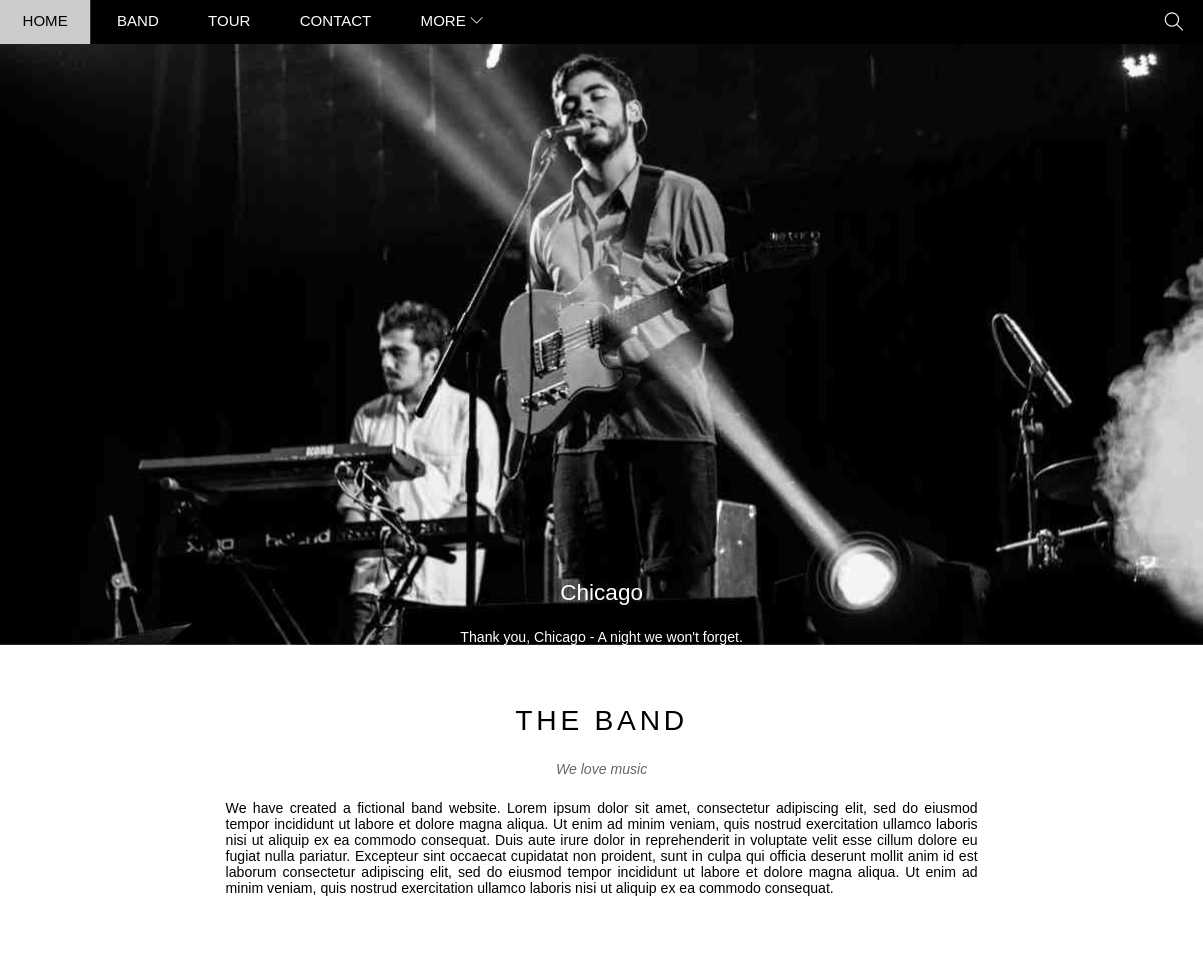
Repository: Thanhtrunghoang123/the-band
Page: index.html
An editor plug-in stored every save of this project. The page is shown before and after the next save, followed by the edit.
The browser window is 1280 px wide. The pictures show the whole page, at 94% of full size.

Above is the page before, as saved 2022-07-20 23:10:13.

After the next save:
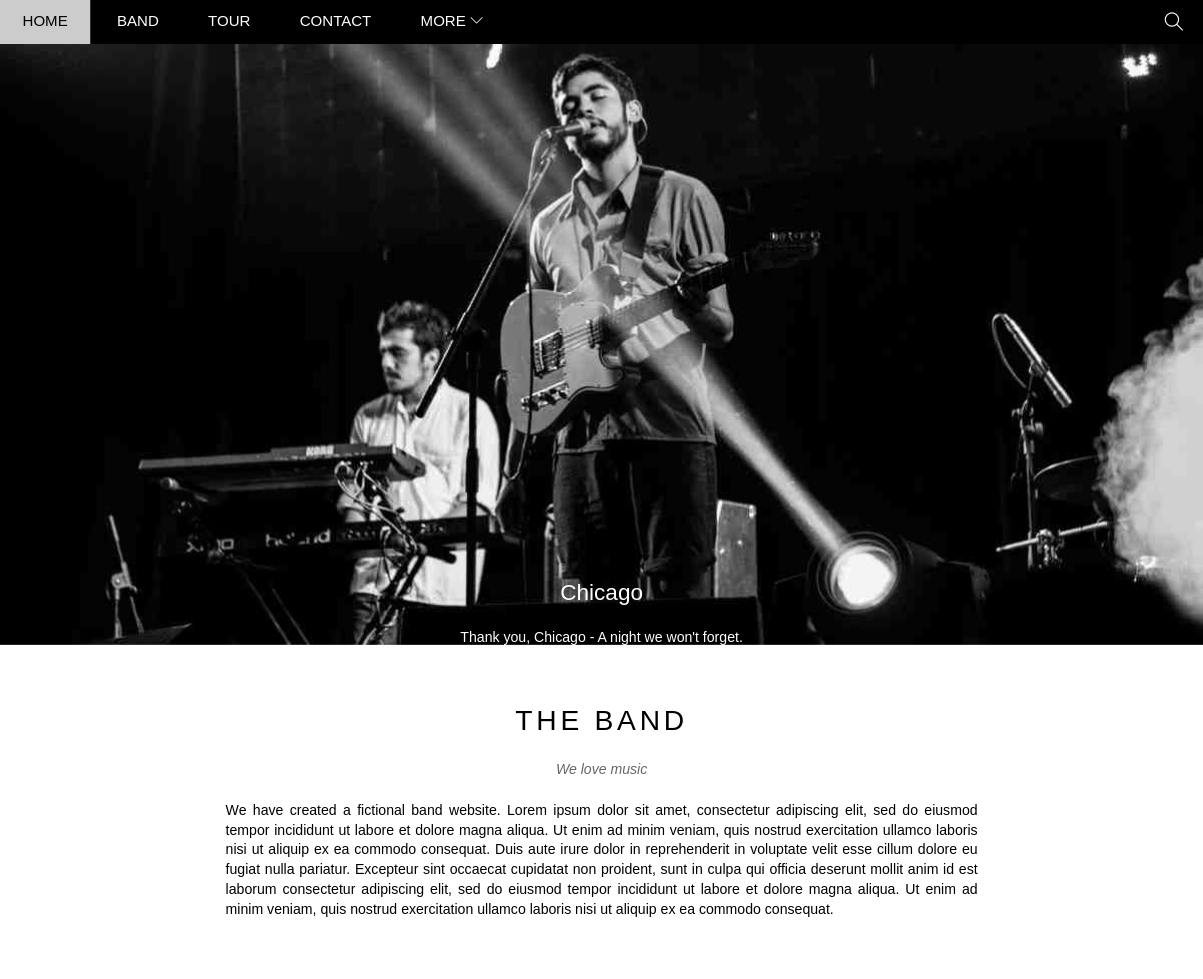
Saved 74 s later.
--- a/assest/css/style.css
+++ b/assest/css/style.css
@@ -143,6 +143,7 @@ html{
     font-size: 15px;
     margin-top: 25px;
     text-align: justify;
+    line-height: 1.4;
 
 }
 
